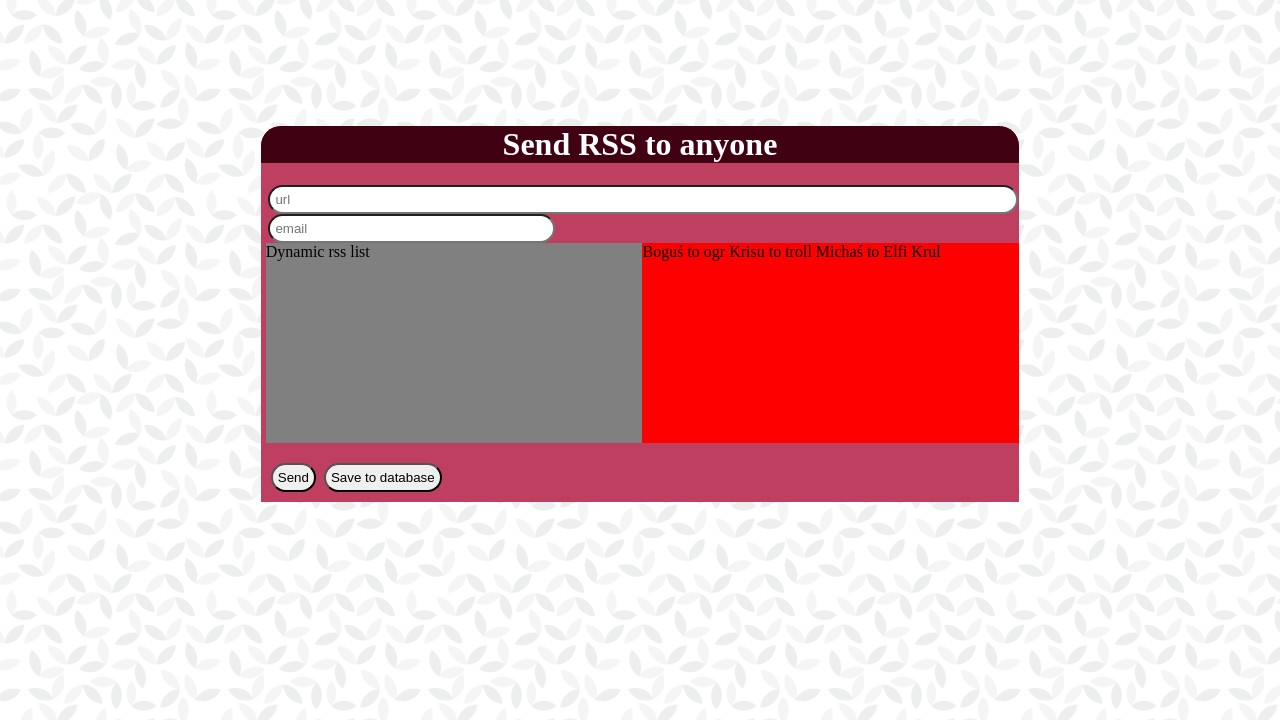
Repository: michalski9wsb/rss_final
Page: index.html
The author's editor kept a copy of each file at every save. The page is drawn from the files as they stood at one save, then again after the next save.
The browser window is 1280 px wide. The pictures show the whole page.
Some web fonts or font styles are not loaded; a fallback is used.

Above is the page before, as saved 2020-03-08 10:33:02.

After the next save:
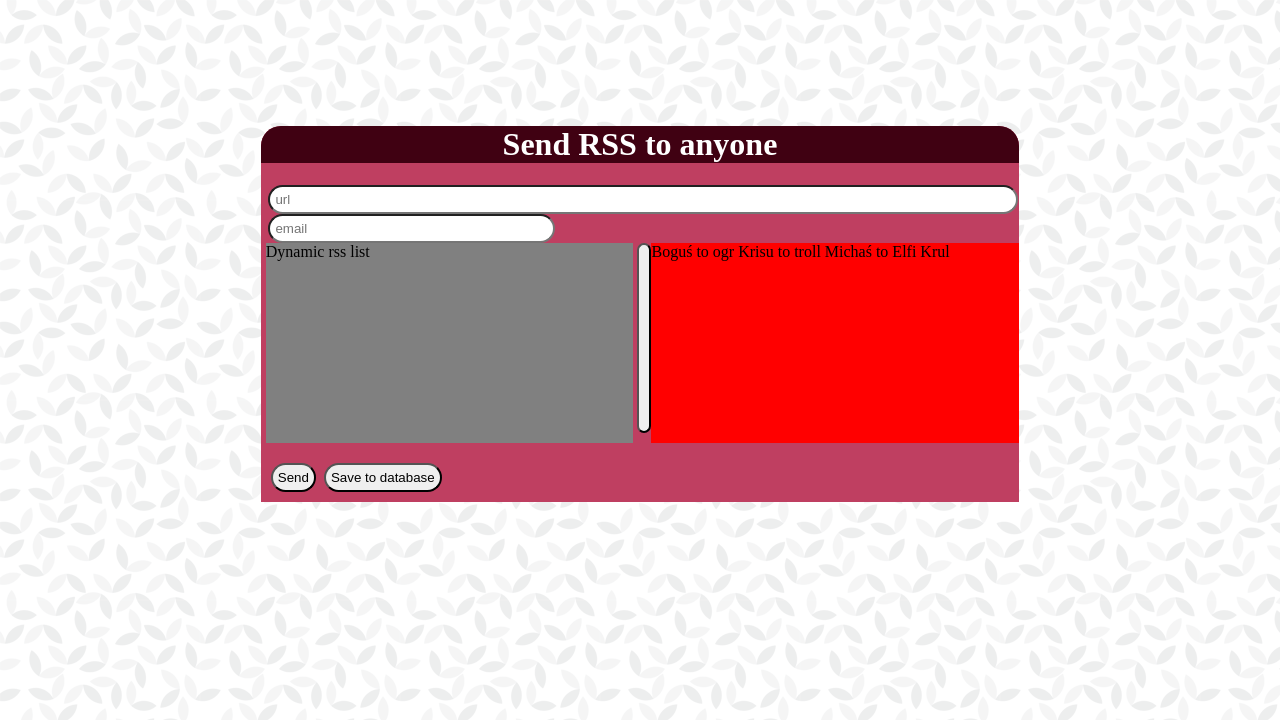
Saved 76 s later.
--- a/index.html
+++ b/index.html
@@ -25,6 +25,7 @@
                     </div>
 
                 </div>
+                <button id="delete"></button>
                 <div class="sendlist" >
                     Boguś to ogr
                     Krisu to troll
